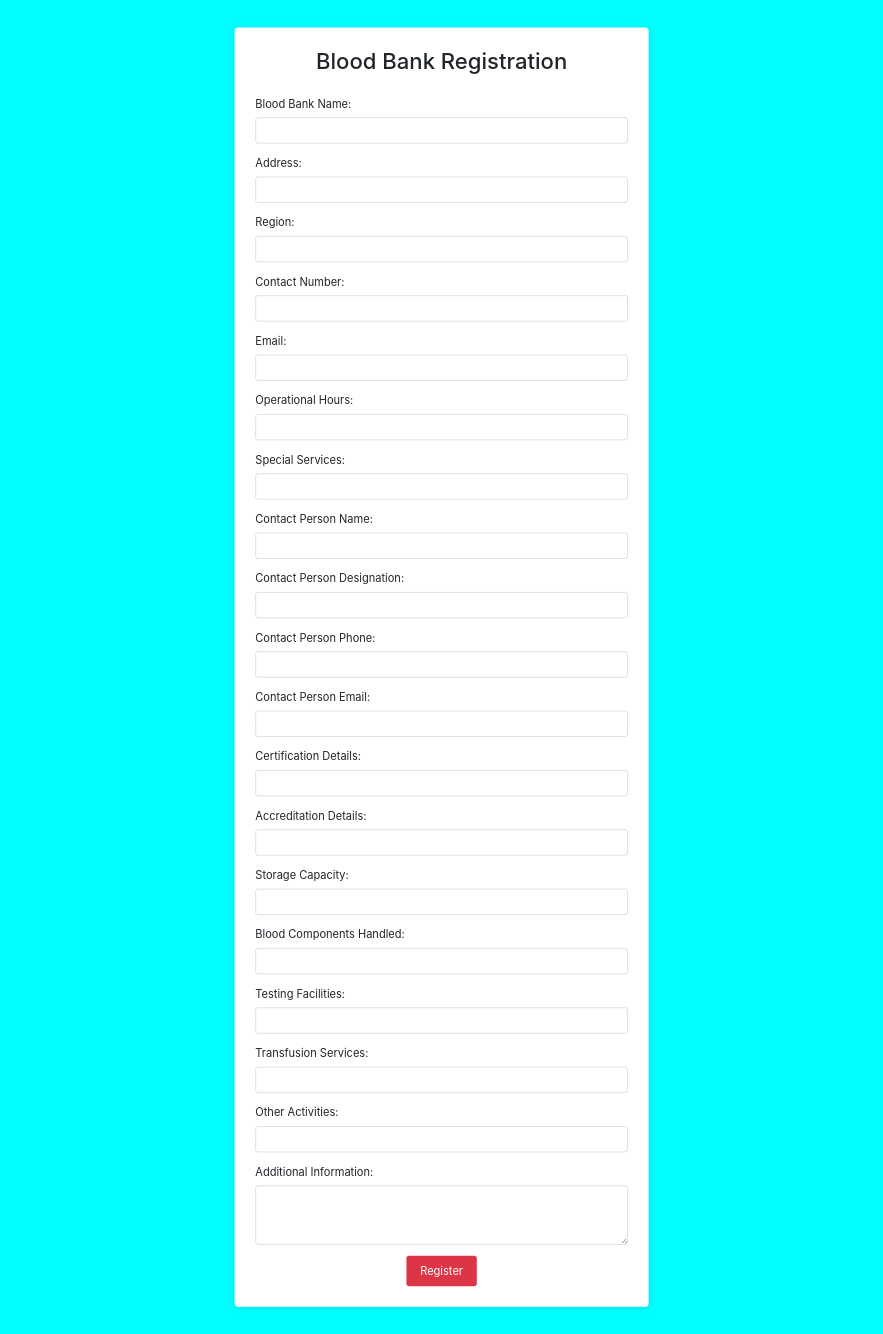
Repository: omi4535/Decentralized_Blood_Bank_System
Page: http://localhost/blood_bank_system/registration.jsp
An editor plug-in stored every save of this project. The page is shown before and after the next save, followed by the edit.
The browser window is 1280 px wide. The pictures show the whole page, at 69% of full size.
Some web libraries are served in a nearby version. The page is served by Tomcat 9.

Above is the page before, as saved 2023-07-03 07:46:38.

After the next save:
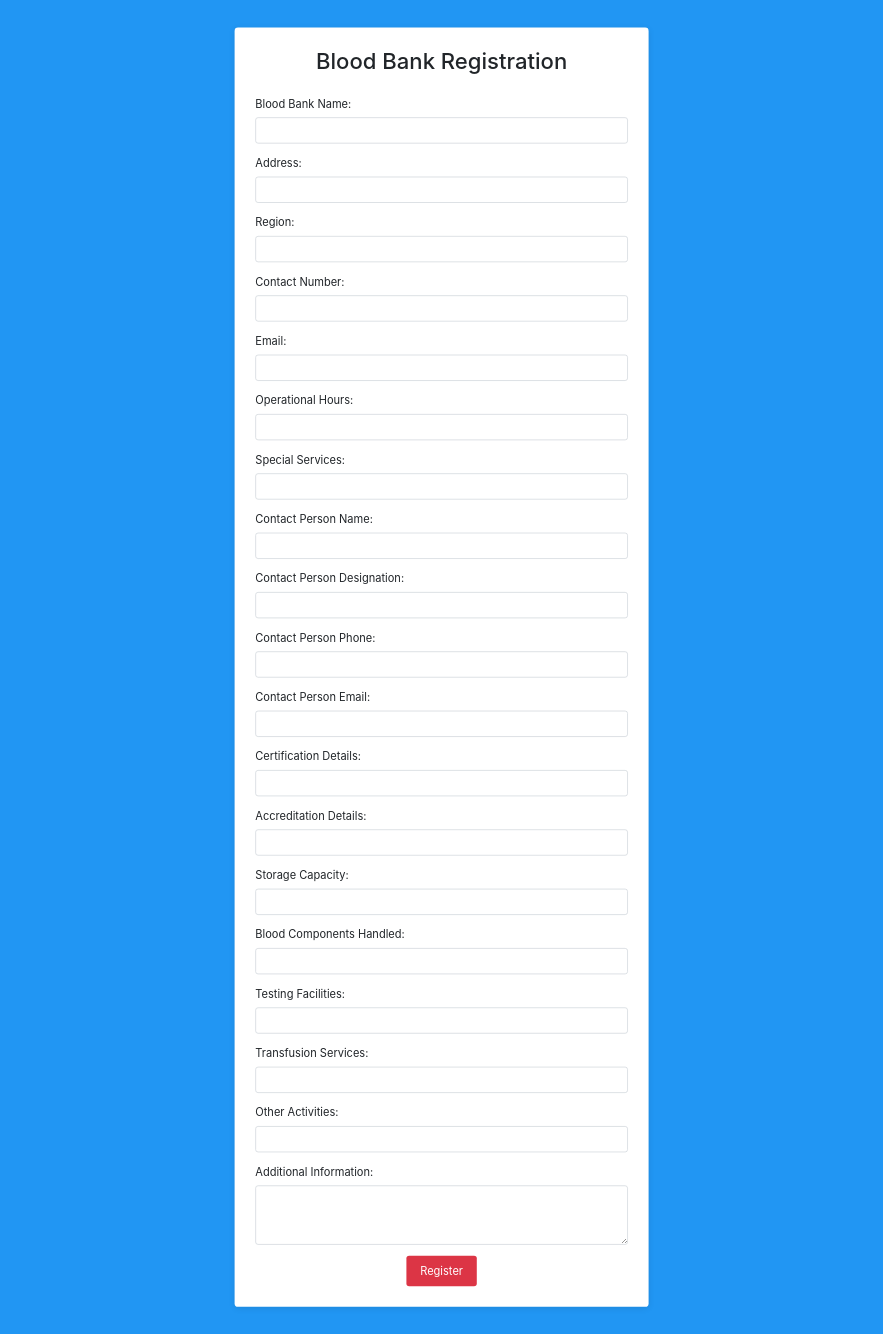
Saved 53 s later.
--- a/blood bank system/src/main/webapp/registration.jsp
+++ b/blood bank system/src/main/webapp/registration.jsp
@@ -10,7 +10,7 @@
   <link rel="stylesheet" href="https://stackpath.bootstrapcdn.com/bootstrap/4.5.0/css/bootstrap.min.css">
   <style>
     body {
-      background-color: aqua;
+      background-color: #2196F3;
     }
 
     .container {
